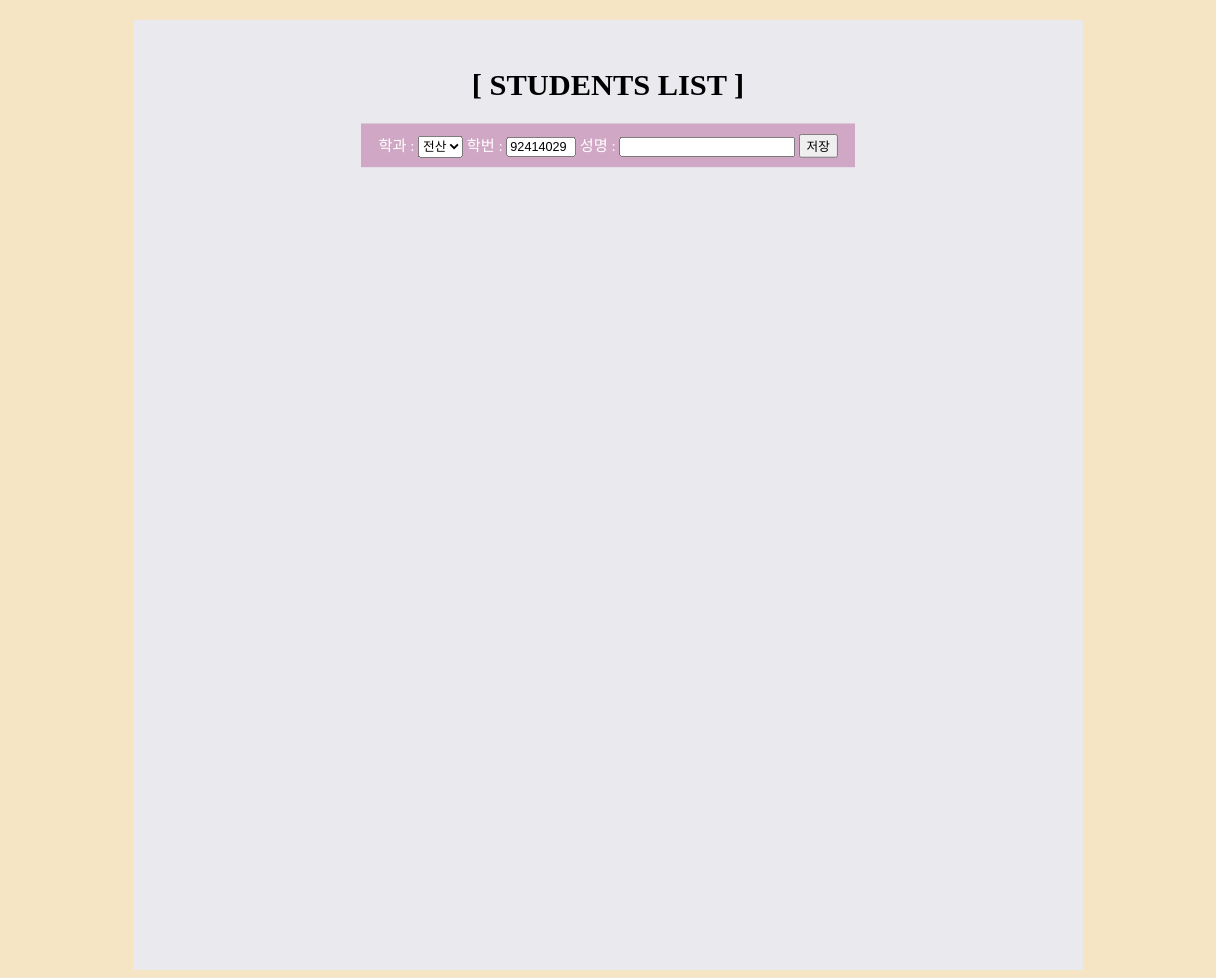
Repository: eeul07/html
Page: ex0508/WebContent/WEB-INF/students/slist.html
These files come from the project's save history. The page is drawn as it stood at one moment and after the next save; the edit follows.
The browser window is 1280 px wide. The pictures show the whole page, at 95% of full size.
Some web libraries are served in a nearby version.

Above is the page before, as saved 2020-05-08 01:16:30.

### ex0508/WebContent/WEB-INF/students/slist.html
<!DOCTYPE html>
<html>
<head>
	<meta charset="UTF-8">
	<title>학생관리</title>
	<script src="http://code.jquery.com/jquery-1.9.1.js"></script>
	<script src="https://cdnjs.cloudflare.com/ajax/libs/handlebars.js/3.0.1/handlebars.js"></script>
	<style>
		body{background:#F5E5C5;}
		#page{background:#E9E9EE; width:1000px; height:1000px; margin:auto;}
		h1{text-align:center; padding-top:50px;}
		select{height:23px;}
		#students{background:#D0A8C5; color:white; width:500px; padding:10px; margin:auto;
				text-align:center;}
		#tbl{margin:auto; width:500px; border:1px solid #B0BE9C; text-align:center;
			border-collapse:collapse;]}
		.row{}
	</style>
</head>
<body>
	<div id="page">
		<h1>[ STUDENTS LIST ]</h1>
		<div id="students">
			학과 : <select id="dept">
				<option>전산</option>
				<option>전자</option>
				<option>건축</option>
				</select>
			학번 : <input type="text" id="scode" maxlength=8 size=6 value="92414029">
			성명 : <input type="text" id="sname">
			<input type="button" id="btnSave" value="저장">
		</div>
		<table id="tbl" border=1 width=500></table>
		<script id="temp" type="text/x-handlebars-template">
			{{#each array}}
				<tr class=row>
					<td><input type="checkbox" class="chk"></td>
					<td class=scode>{{scode}}</td>
					<td>{{sname}}</td>
					<td>{{dept}}</td>
					<td><button>삭제</button></td>
				</tr>
			{{/each}}
		</script>
	</div>
</body>
<script>
	$("#tbl").hide();
	var scode;
	var sname;
	var dept;

	$("#btnSave").on("click", function(){
		if(!confirm("학생을 등록하시겠습니까?")) return;
		scode=$("#scode").val();
		sname=$("#sname").val();
		dept=$("#dept").val();

		$.ajax({
			type:"post",
			url:"sinsert.jsp",
			data:{"scode":scode, "sname":sname, "dept":dept},
			dataType:"json",
			success:function(data){
				if(data.cnt==1){
					alert("이미 존재하는 학생입니다.")
				}
				var temp=Handlebars.compile($("#temp").html());
				$("#tbl").html(temp(data));
			}
		});
		$("#tbl").show();
	});
</script>
</html>

After the next save:
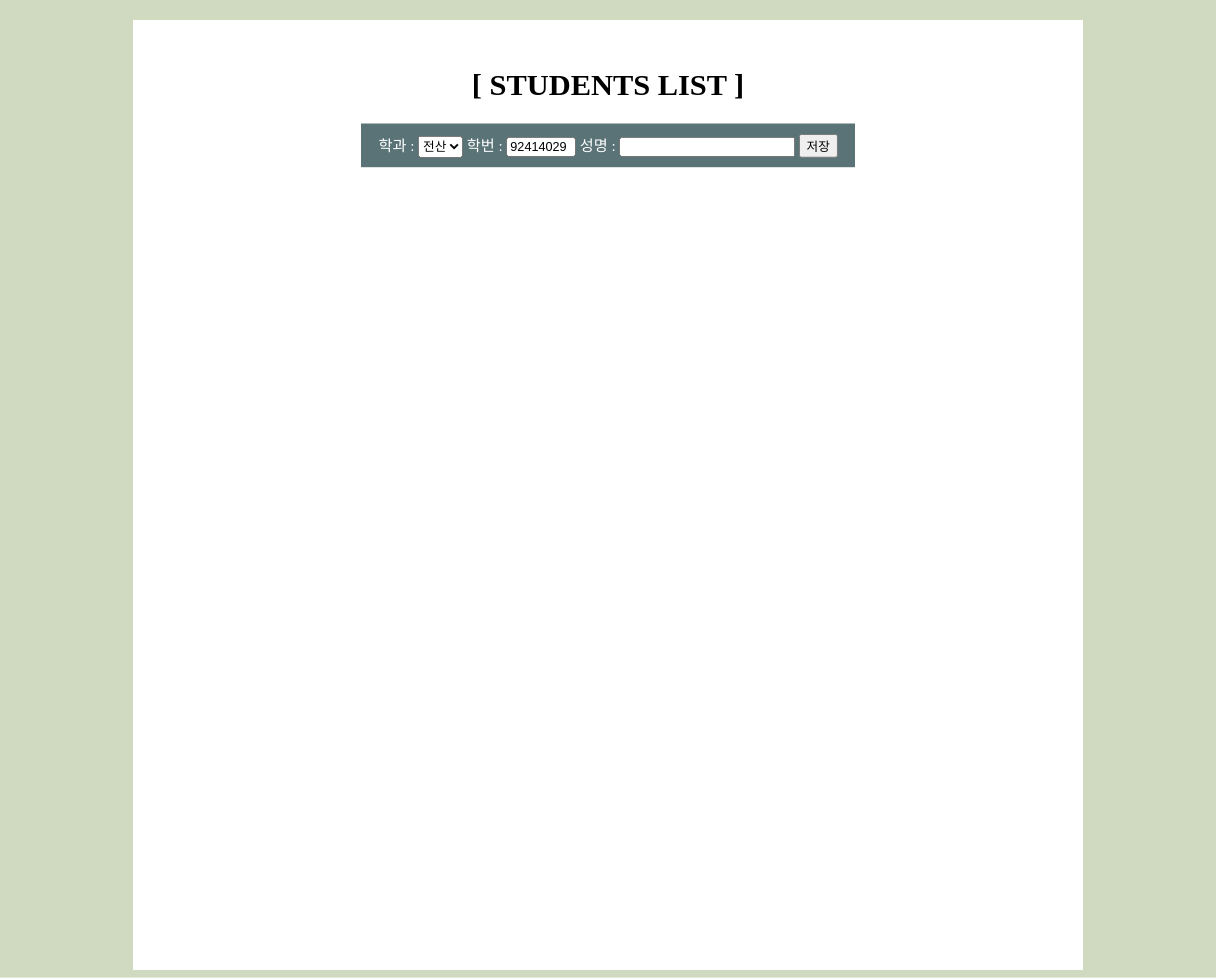
Saved 62 s later.
--- a/ex0508/WebContent/WEB-INF/students/slist.html
+++ b/ex0508/WebContent/WEB-INF/students/slist.html
@@ -6,11 +6,11 @@
 	<script src="http://code.jquery.com/jquery-1.9.1.js"></script>
 	<script src="https://cdnjs.cloudflare.com/ajax/libs/handlebars.js/3.0.1/handlebars.js"></script>
 	<style>
-		body{background:#F5E5C5;}
-		#page{background:#E9E9EE; width:1000px; height:1000px; margin:auto;}
+		body{background:#D0DAC0;}
+		#page{background:white; width:1000px; height:1000px; margin:auto;}
 		h1{text-align:center; padding-top:50px;}
 		select{height:23px;}
-		#students{background:#D0A8C5; color:white; width:500px; padding:10px; margin:auto;
+		#students{background:#5A7377; color:white; width:500px; padding:10px; margin:auto;
 				text-align:center;}
 		#tbl{margin:auto; width:500px; border:1px solid #B0BE9C; text-align:center;
 			border-collapse:collapse;]}
